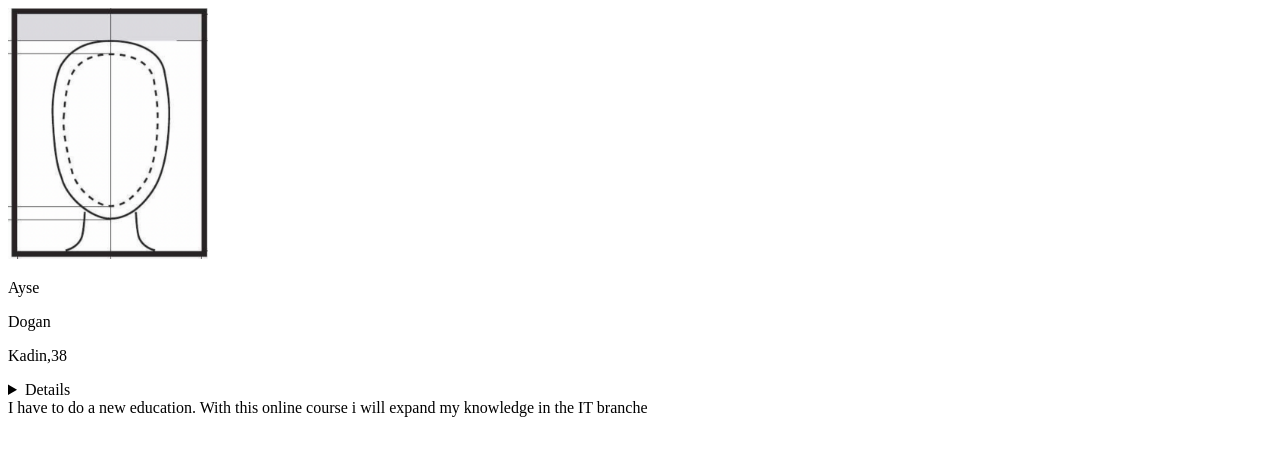
Repository: aysedo/html
Page: Week_2/profile/index.html
These files come from the project's save history. The page is drawn as it stood at one moment and after the next save; the edit follows.
The browser window is 1280 px wide. The pictures show the whole page.

Above is the page before, as saved 2021-08-25 22:54:14.

### Week_2/profile/index.html
<!DOCTYPE html>
<html lang="en">
  <head>
    <meta charset="UTF-8" />
    <meta http-equiv="X-UA-Compatible" content="IE=edge" />
    <meta name="viewport" content="width=device-width, initial-scale=1.0" />
    <title>Profil ödevi</title>
  </head>
  </body>
    <img src="./ornek.png" width="200" alt="bos cerceve">
          <p> Ayse </p>
          <p> Dogan </p>
          <p> Kadin,38 </p>
          <details></details>
<summary
          <p>I have to do a new education. With this online course i will expand my knowledge in the IT branche</p>

          <address> </address>
        </tr>
      </table>

  </body>
</html>

After the next save:
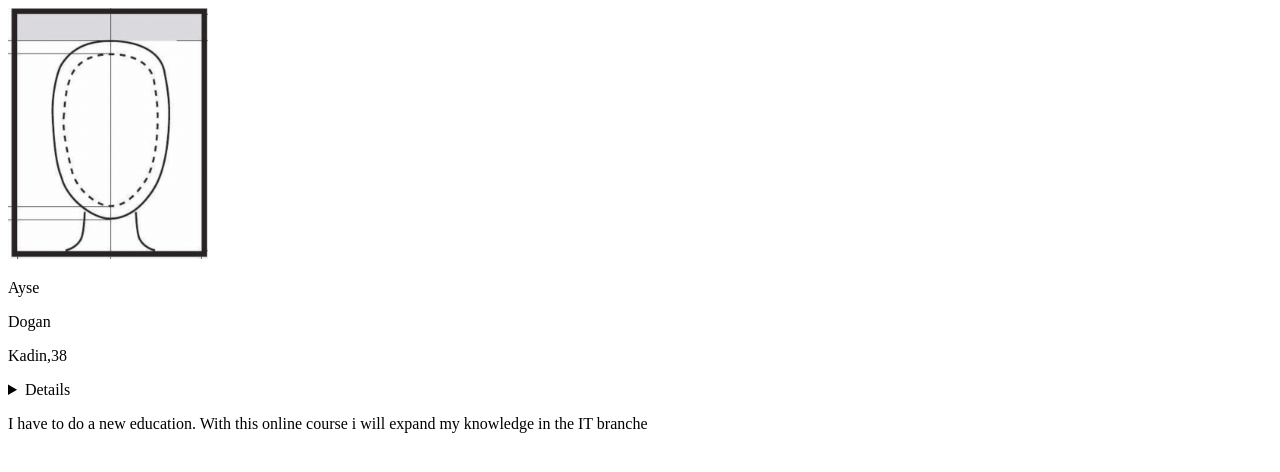
Saved 14 s later.
--- a/Week_2/profile/index.html
+++ b/Week_2/profile/index.html
@@ -11,8 +11,9 @@
           <p> Ayse </p>
           <p> Dogan </p>
           <p> Kadin,38 </p>
-          <details></details>
-<summary
+          <details>
+
+          </details>
           <p>I have to do a new education. With this online course i will expand my knowledge in the IT branche</p>
 
           <address> </address>
